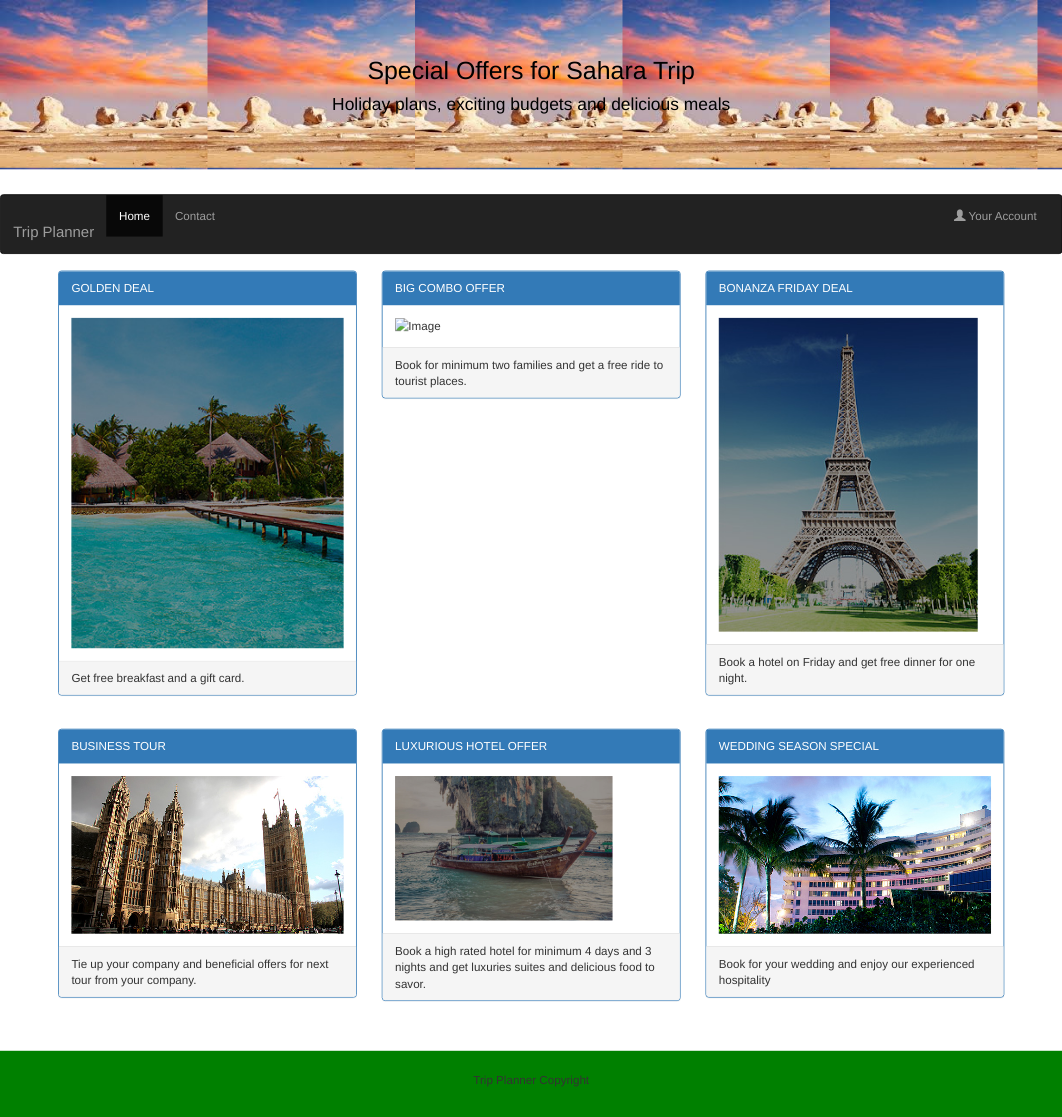
Repository: NanSin21/Mytourism-Website
Page: http://localhost/toursandtravelsmanagement/TripPlaces/CustomerSahara.jsp
These files come from the project's save history. The page is drawn as it stood at one moment and after the next save; the edit follows.
The browser window is 1280 px wide. The pictures show the whole page, at 83% of full size.
The page is served by Tomcat 9. Other server files are loaded and not shown.

Above is the page before, as saved 2018-07-27 06:21:27.

### toursandtravelsmanagement/WebContent/TripPlaces/CustomerSahara.jsp
<%@ page language="java" contentType="text/html; charset=ISO-8859-1"
    pageEncoding="ISO-8859-1"%>
<!DOCTYPE html PUBLIC "-//W3C//DTD HTML 4.01 Transitional//EN" "http://www.w3.org/TR/html4/loose.dtd">
<html>
<head>
<meta http-equiv="Content-Type" content="text/html; charset=ISO-8859-1">
<title>Sahara Trip Package</title>
<!-- <meta charset="utf-8"> -->
  <meta name="viewport" content="width=device-width, initial-scale=1">
  <link rel="stylesheet" href="https://maxcdn.bootstrapcdn.com/bootstrap/3.3.7/css/bootstrap.min.css">
  <script src="https://ajax.googleapis.com/ajax/libs/jquery/3.3.1/jquery.min.js"></script>
  <script src="https://maxcdn.bootstrapcdn.com/bootstrap/3.3.7/js/bootstrap.min.js"></script>
  <style>
  .navbar{
  margin-nottom= 50px;
  border-radius= 0;
  }
  .jumbotron{
   margin-bottom= 0;
   }
   footer{
   background: green;
   padding: 25px;
   }
   </style>
</head>
<body>

<div class="jumbotron" style="background-image: url('data:[embedded picture, 8983 characters]'); color: black;">
  <div class="container text-center">
   <h2>Special Offers for Sahara Trip</h2>
     <p>Holiday plans, exciting budgets and delicious meals</p>
  </div>
</div>

<nav class="navbar navbar-inverse">
  <div class="container-fluid">
      <div class="navbar-header">
        <button type="button" class="navbar-toggle" data-toggle="collapse" data-target="#myNavbar">
        <span class="icon-bar"></span>
        <span class="icon-bar"></span>
        <span class="icon-bar"></span>
        </button>
        <h1><a class="navbar-brand" href="CustomerHome.jsp">Trip Planner</a></h1>
      </div>
      <div class="collapse navbar-collapse" id="myNavbar">
      <ul class="nav navbar-nav">
        <li class="active"><a href="TripPlaces/CustomerLondon.jsp">Home</a></li>
       <!--  <li><a href="registration.jsp">Register</a></li>
        <li><a href="login.jsp">Login</a></li> -->
        <li><a href="contact.jsp">Contact</a></li>
      </ul>
      <ul class="nav navbar-nav navbar-right">
        <li><a href="profile.jsp"><span class="glyphicon glyphicon-user"></span> Your Account</a></li>
       <!--  <li><a href="budget.html">Budget Details</a></li> -->
      <!--   <li><a href="#"><span class="glyphicon glyphicon-shopping-cart"></span> Cart</a></li> -->
      </ul>
    </div>
  </div>
</nav>


   <div class="container">
  <div class="row">
    <div class="col-sm-4">
      <div class="panel panel-primary">
        <div class="panel-heading">GOLDEN DEAL</div>
        <div class="panel-body"><img src="images/ban_img2.jpg" class="img-responsive" style="width:100%" alt="Image"></div>
        <div class="panel-footer">Get free breakfast and a gift card.</div>
      </div>
    </div>
    <div class="col-sm-4">
      <div class="panel panel-primary">
        <div class="panel-heading">BIG COMBO OFFER</div>
        <div class="panel-body"><img src="" class="img-responsive" style="width:95%" alt="Image"></div>
        <div class="panel-footer">Book for minimum two families and get a free ride to tourist places.</div>
      </div>
    </div>
    <div class="col-sm-4">
      <div class="panel panel-primary">
        <div class="panel-heading">BONANZA FRIDAY DEAL</div>
        <div class="panel-body"><img src="images/ban_img3.jpg" class="img-responsive" style="width:95%" alt="Image"></div>
        <div class="panel-footer">Book a hotel on Friday and get free dinner for one night.</div>
      </div>
    </div>
  </div>
</div><br>

<div class="container">
  <div class="row">
    <div class="col-sm-4">
      <div class="panel panel-primary">
        <div class="panel-heading">BUSINESS TOUR</div>
        <div class="panel-body"><img src="images/londonhelp.jpg" class="img-responsive" style="width:100%" alt="Image"></div>
        <div class="panel-footer">Tie up your company and beneficial offers for next tour from your company.</div>
      </div>
    </div>
    <div class="col-sm-4">
      <div class="panel panel-primary">
        <div class="panel-heading">LUXURIOUS HOTEL OFFER</div>
        <div class="panel-body"><img src="images/2.jpg" class="img-responsive" style="width:80%" alt="Image"></div>
        <div class="panel-footer">Book a high rated hotel for minimum 4 days and 3 nights and get luxuries suites and delicious food to savor.</div>
      </div>
    </div>
    <div class="col-sm-4">
      <div class="panel panel-primary">
        <div class="panel-heading">WEDDING SEASON SPECIAL</div>
        <div class="panel-body"><img src="images/page4_img2.jpg" class="img-responsive" style="width:100%" alt="Image"></div>
        <div class="panel-footer">Book for your wedding and enjoy our experienced hospitality</div>
      </div>
    </div>
  </div>
</div><br><br>

<footer class="container-fluid text-center">
  <p>Trip Planner Copyright</p>
 <!--  <form action="LoginServlet" method="post" class="form-inline">Get deals:
    <input type="email" class="form-control" size="50" name="email" placeholder="Email Address">
     <input type="password" placeholder="Enter Password" name="password" required>
    <button type="submit" class="btn btn-danger">Sign Up</button>
  </form> -->
</footer>
</body>
</html>

After the next save:
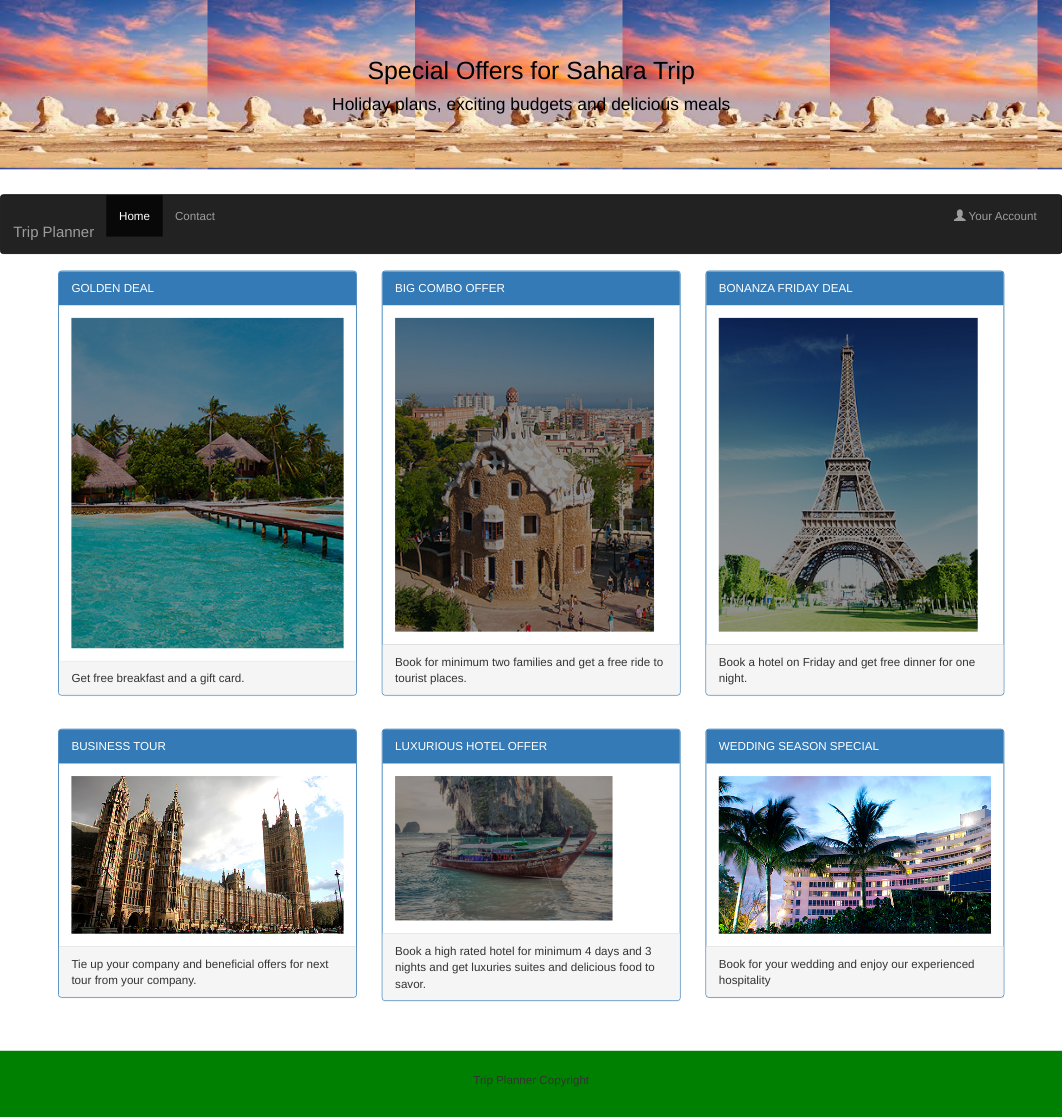
Saved 29 s later.
--- a/toursandtravelsmanagement/WebContent/TripPlaces/CustomerSahara.jsp
+++ b/toursandtravelsmanagement/WebContent/TripPlaces/CustomerSahara.jsp
@@ -72,7 +72,7 @@
     <div class="col-sm-4">
       <div class="panel panel-primary">
         <div class="panel-heading">BIG COMBO OFFER</div>
-        <div class="panel-body"><img src="" class="img-responsive" style="width:95%" alt="Image"></div>
+        <div class="panel-body"><img src="images/ban_img1.jpg" class="img-responsive" style="width:95%" alt="Image"></div>
         <div class="panel-footer">Book for minimum two families and get a free ride to tourist places.</div>
       </div>
     </div>
